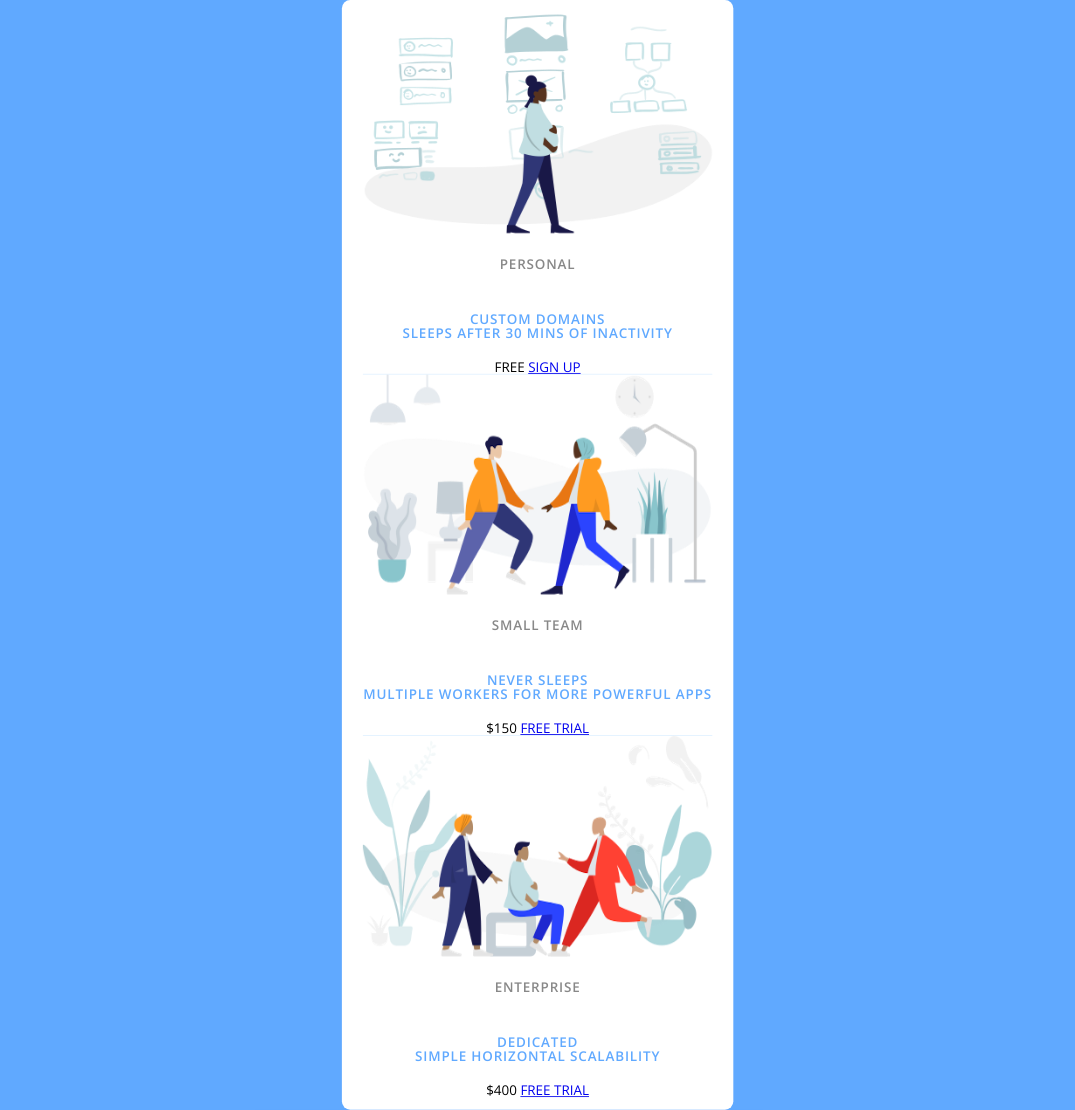
Repository: fatehailey/Pricing-Panel
Page: index.html
The author's editor kept a copy of each file at every save. The page is drawn from the files as they stood at one save, then again after a run of saves.
The browser window is 1280 px wide. The pictures show the whole page, at 84% of full size.

Above is the page before, as saved 2022-09-05 20:20:39.

### index.html
<!DOCTYPE html>
<html lang="en">

<head>
    <meta charset="UTF-8">
    <meta name="viewport" content="width=device-width, initial-scale=1.0">
    <title>Price Tiers</title>
    <link rel="stylesheet" href="https://fonts.googleapis.com/css?family=Open+Sans:400,600,700">
    <link rel="stylesheet" href="app.css">
</head>

<body>
    <div class="panel pricing-table">

        <div class="pricing-plan">
            <img src="icons/icon1.png" alt="" class="pricing-img">
            <h2 class="pricing-header">Personal</h2>
            <ul class="pricing-features">
                <li class="pricing-features-item">Custom domains</li>
                <li class="pricing-features-item">Sleeps after 30 mins of inactivity</li>
            </ul>
            <span class="pricing-price">Free</span>
            <a href="#/" class="pricing-button">Sign up</a>
        </div>

        <div class="pricing-plan">
            <img src="icons/icon2.png" alt="" class="pricing-img">
            <h2 class="pricing-header">Small team</h2>
            <ul class="pricing-features">
                <li class="pricing-features-item">Never sleeps</li>
                <li class="pricing-features-item">Multiple workers for more powerful apps</li>
            </ul>
            <span class="pricing-price">$150</span>
            <a href="#/" class="pricing-button is-featured">Free trial</a>
        </div>

        <div class="pricing-plan">
            <img src="icons/icon3.png" alt="" class="pricing-img">
            <h2 class="pricing-header">Enterprise</h2>
            <ul class="pricing-features">
                <li class="pricing-features-item">Dedicated</li>
                <li class="pricing-features-item">Simple horizontal scalability</li>
            </ul>
            <span class="pricing-price">$400</span>
            <a href="#/" class="pricing-button">Free trial</a>
        </div>

    </div>

</body>

</html>

### app.css
/* http://meyerweb.com/eric/tools/css/reset/
   v2.0 | 20110126
   License: none (public domain)
*/

html, body, div, span, applet, object, iframe,
h1, h2, h3, h4, h5, h6, p, blockquote, pre,
a, abbr, acronym, address, big, cite, code,
del, dfn, em, img, ins, kbd, q, s, samp,
small, strike, strong, sub, sup, tt, var,
b, u, i, center,
dl, dt, dd, ol, ul, li,
fieldset, form, label, legend,
table, caption, tbody, tfoot, thead, tr, th, td,
article, aside, canvas, details, embed,
figure, figcaption, footer, header, hgroup,
menu, nav, output, ruby, section, summary,
time, mark, audio, video {
	margin: 0;
	padding: 0;
	border: 0;
	font-size: 100%;
	font: inherit;
	vertical-align: baseline;
}
/* HTML5 display-role reset for older browsers */
article, aside, details, figcaption, figure,
footer, header, hgroup, menu, nav, section {
	display: block;
}
body {
	line-height: 1;
}
ol, ul {
	list-style: none;
}
blockquote, q {
	quotes: none;
}
blockquote:before, blockquote:after,
q:before, q:after {
	content: '';
	content: none;
}
table {
	border-collapse: collapse;
	border-spacing: 0;
}


html {
    box-sizing: border-box;
    font-family: 'Open Sans', sans-serif;
}
body{
    background-color: #60a9ff;
    display: flex;
    justify-content: center;
    align-items: center;
    min-height: 100vh;
}

.panel{
    background-color: white;
    border-radius: 10px;
    padding: 15px 25px;
    max-width: 960px;
    display: flex;
    flex-direction: column;
    text-align: center;
    text-transform: uppercase;
}

.pricing-plan:not(:last-child) {
    border-bottom: 1px solid #e1f1ff;
  }

.pricing-img {
    margin-bottom: 25px;
    width: 100%;
}

.pricing-header{
    color: #888;
    font-weight: 600;
    letter-spacing: 1px;
}

.pricing-features{
    margin: 50px 0 25px;
    color: #60a9ff;
}

.pricing-features-item{
    font-weight: 600;
    letter-spacing: 1px;
    font
}

After the next 6 saves:
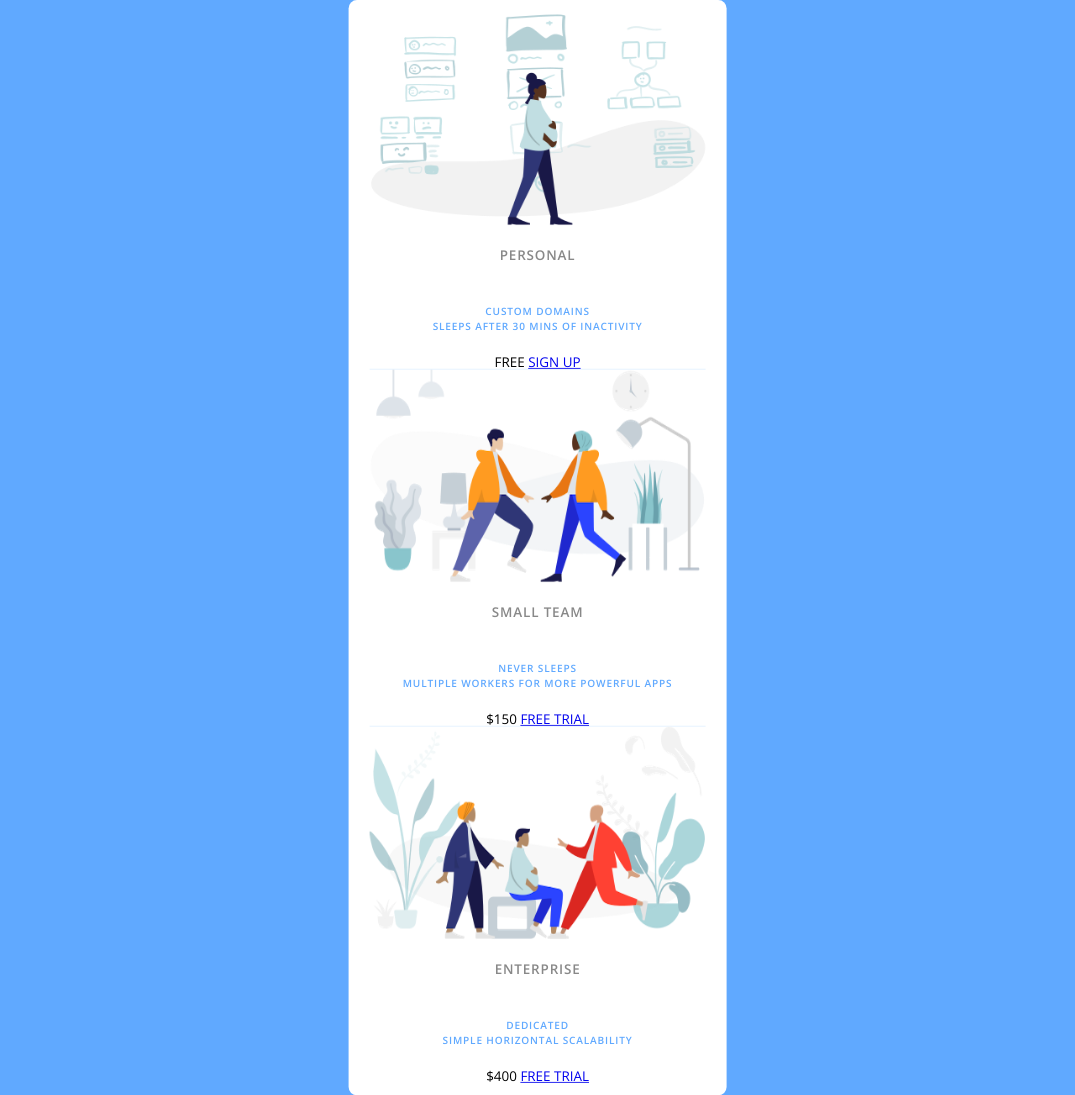
The 6 saves are shown as one change because they came seconds apart.
The last was saved 15 s later.
--- a/app.css
+++ b/app.css
@@ -94,5 +94,7 @@ body{
 .pricing-features-item{
     font-weight: 600;
     letter-spacing: 1px;
-    font
+    font-size: 12px;
+    line-height: 1.5;
+
 }
